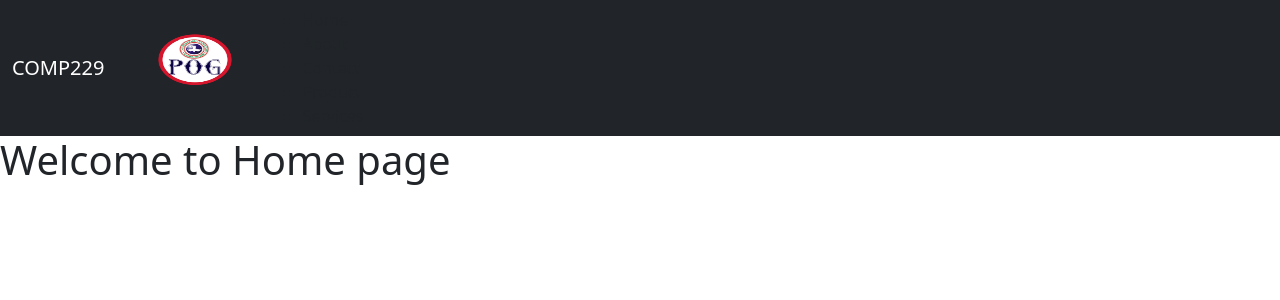
Repository: VuNhatDinhLe/test
Page: http://localhost/
An editor plug-in stored every save of this project. The page is shown before and after the next save, followed by the edit.
The browser window is 1280 px wide. The pictures show the whole page.
The page is served by the project's Node server (server.js). Other server files are loaded and not shown.

Above is the page before, as saved 2023-05-24 01:34:22.

### WEEK3DEMO/app/views/index.ejs
<!DOCTYPE html>
<html lang="en">
<head>
    <meta charset="UTF-8">
    <meta http-equiv="X-UA-Compatible" content="IE=edge">
    <meta name="viewport" content="width=device-width, initial-scale=1.0">
    <title><%= title %></title>
    <link rel="stylesheet" href="style.css"/>
    <link rel="stylesheet" href="/bootstrap/dist/css/bootstrap.min.css"/>
    <link rel="stylesheet" href="/@fortawesome/fontawesome-free/css/all.min.css"/>
</head>
<body>

    <nav class="navbar navbar-expand-lg navbar-dark bg-dark">
  <div class="container-fluid">

    <a class="navbar-brand" href="#">COMP229</a>
    <img src="/img/logo.png" alt="logo" style: width="150px"; height="100px">
    <button class="navbar-toggler" type="button" data-bs-toggle="collapse" data-bs-target="#navbarSupportedContent" aria-controls="navbarSupportedContent" aria-expanded="false" aria-label="Toggle navigation">
      <span class="navbar-toggler-icon"></span>
    </button>
    <div class="collapse navbar-collapse" id="navbarSupportedContent">
      <ul class="navbar-max ml-auto mb-2 mb-lg-0">
        <li class="nav-item">
          <a class="nav-link active"  href="/">Home</a>
        </li>
        <li class="nav-item">
          <a class="nav-link"  href="/about">About</a>
        </li>
        <li class="nav-item">
          <a class="nav-link"  href="/contact">Contact</a>
        </li>
        <li class="nav-item">
          <a class="nav-link"  href="/products">Product</a>
        </li>
        <li class="nav-item">
          <a class="nav-link"  href="/services">Services</a>
        </li>
        </ul>
    </div>
  </div>
</nav>
    <h1>Welcome to <%= title %> page</h1>
    <script src="/jquery/dist/jquery.min.js"></script>
    <script src="/bootstrap/dist/js/bootstrap.min.js"></script>
</body>
</html>

### WEEK3DEMO/server.js
process.env.NODE_ENV = process.env.NODE_ENV || 'development';
var express = require('./config/express');
var app = express();
app.listen(5000);
module.exports = app;

console.log('Server running at http://localhost:5000/');

### WEEK3DEMO/app/routes/index.server.routes.js
var express = require('express');
var router = express.Router();

/* GET home page. */
router.get('/', function(req, res, next) {
  res.render('index', { title: 'Home' });
});

router.get('/about', function(req, res, next) {
  res.render('index', { title: 'About' });
});
router.get('/products', function(req, res, next) {
  res.render('index', { title: 'Products' });
});
router.get('/contact', function(req, res, next) {
  res.render('index', { title: 'Contact' });
});
router.get('/services', function(req, res, next) {
  res.render('index', { title: 'Services' });
});

module.exports = router;

Loaded but not shown: WEEK3DEMO/public/Content/Style.css (no stored copy; drawn as an empty file)

After the next save:
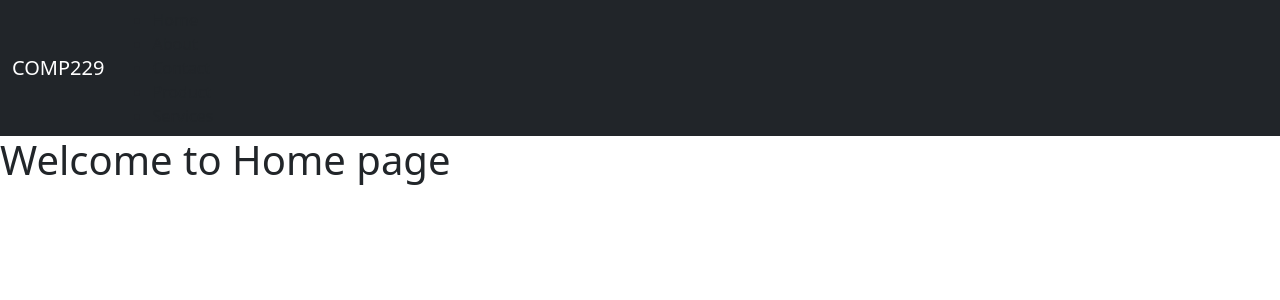
Saved 14 s later.
--- a/WEEK3DEMO/app/views/index.ejs
+++ b/WEEK3DEMO/app/views/index.ejs
@@ -15,7 +15,6 @@
   <div class="container-fluid">
 
     <a class="navbar-brand" href="#">COMP229</a>
-    <img src="/img/logo.png" alt="logo" style: width="150px"; height="100px">
     <button class="navbar-toggler" type="button" data-bs-toggle="collapse" data-bs-target="#navbarSupportedContent" aria-controls="navbarSupportedContent" aria-expanded="false" aria-label="Toggle navigation">
       <span class="navbar-toggler-icon"></span>
     </button>
